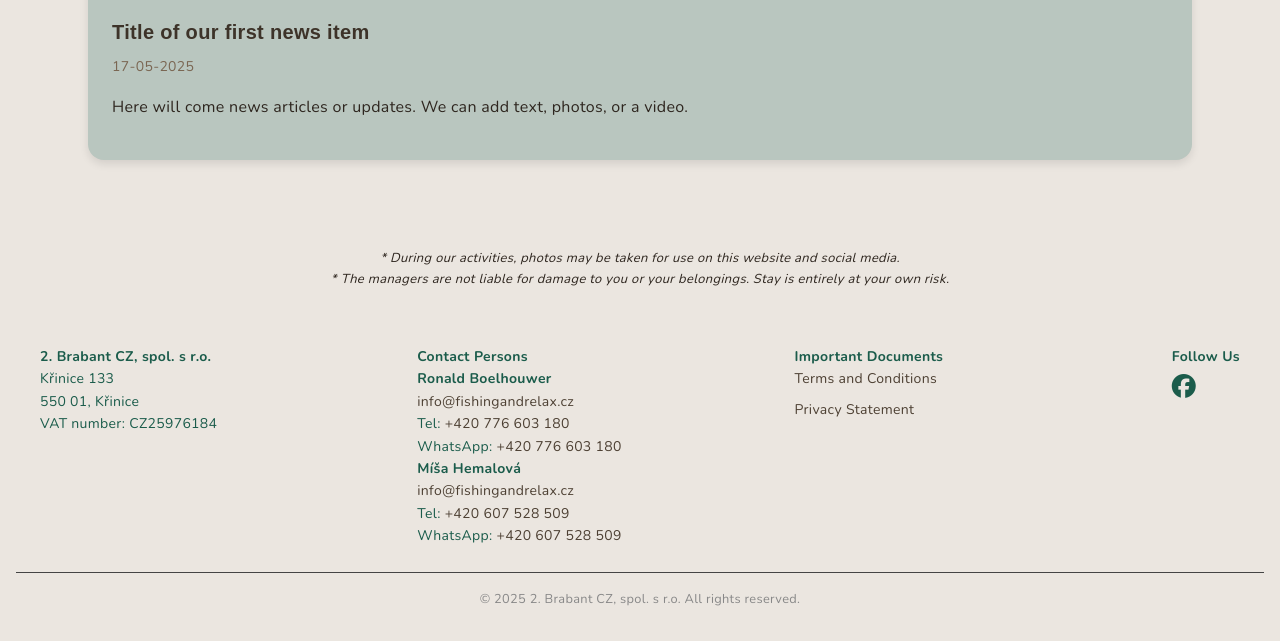
Repository: DanielleFiene/FishingAndRelax
Page: en/updates.html
An editor plug-in stored every save of this project. The page is shown before and after the next save, followed by the edit.
The browser window is 1280 px wide. The pictures show the part of the page from y = 2180 to 2847 px (the page is 2821 px tall before and 2847 px after).
Some web fonts or font styles are not loaded; a fallback is used. Some web libraries are served in a nearby version.

Above is the page before, as saved 2025-08-09 13:13:00.

### en/updates.html
<!DOCTYPE html>
<html lang="en">
<head>
    <meta charset="UTF-8">
    <meta name="viewport" content="width=device-width, initial-scale=1.0">
    <meta http-equiv="X-UA-Compatible" content="ie=edge">
    <meta name="author" content="Danielle Fiene">
    <meta name="description" content="Stay up to date with new events, changes, and stories from the pond life.">
    <meta name="keywords" content="Fishing and Relax news, pond events, updates, community stories, firepit gatherings, fishing activities, announcements, Czech holiday stories">
    <link rel="canonical" href="https://www.fishingandrelax.cz/en/updates.html">
    <link rel="alternate" hreflang="en" href="https://www.fishingandrelax.cz/en/updates.html">
    <link rel="alternate" hreflang="nl" href="https://www.fishingandrelax.cz/nl/nieuws.html">
    <link rel="alternate" hreflang="cs" href="https://www.fishingandrelax.cz/cz/novinky.html">
    <link rel="alternate" hreflang="de" href="https://www.fishingandrelax.cz/de/updates.html">
    <link rel="alternate" hreflang="pl" href="https://www.fishingandrelax.cz/pl/nowosci.html">
    <link rel="apple-touch-icon" sizes="180x180" href="../resources/Images/apple-touch-icon.png">
    <link rel="icon" type="image/png" sizes="32x32" href="../resources/Images/favicon-32x32.png">
    <link rel="icon" type="image/png" sizes="16x16" href="../resources/Images/favicon-16x16.png">
    <link href="../resources/CSS/normalize.css" rel="stylesheet" type="text/css">
    <link rel="stylesheet" href="../resources/CSS/styleNieuws.css" type="text/css">
    <script src="https://kit.fontawesome.com/56e9e1144f.js" crossorigin="anonymous"></script>
    <title>FishingAndRelax.cz | Fishing & Relaxing in the Czech Republic</title>
</head>

<body class="">
    <main>
<!-- header section -->
<header class="header" id="header">
  <nav class="nav container">
    <!-- Logo -->
    <div class="nav__left">
                <div class="nav__logo">
                    <a href="./index.html" class="logo-link"><img src="../resources/Images/logo/final rechthoek.png" alt="Logo Fishing And Relax.cz" class="logo"></a>
                </div>
    </div>

    <!-- Navigation menu -->
    <div class="nav__center">
      <!-- Hamburger Icon for mobile -->
      <div class="nav__hamburger" id="hamburger-icon">
        <i class="fas fa-bars"></i>
      </div>

      <div class="nav__menu" id="nav-menu">
        <ul class="nav__list">
          <li class="nav__item"><a href="./fishing.html" class="nav__link">Fishing</a></li>
          <li class="nav__item"><a href="./relaxing.html" class="nav__link">Relaxing</a></li>
          <li class="nav__item"><a href="./updates.html" class="nav__link">News & Updates</a></li>
          <li class="nav__item"><a href="./prices.html" class="nav__link">Prices & Conditions</a></li>
          <li class="nav__item"><a href="./contact.html" class="nav__link">Contact</a></li>
        </ul>
      </div>
    </div>

    <!-- Language flags -->
    <div class="nav__right">
      <div class="nav__flags">
        <a href="../en/index.html" class="lang-option"><img src="../resources/Images/Flag_of_the_United_Kingdom.svg.webp" alt="English"></a>
        <a href="../cz/index.html" class="lang-option"><img src="../resources/Images/Flag_of_the_Czech_Republic.svg.png" alt="Czech"></a>
        <a href="../de/index.html" class="lang-option"><img src="../resources/Images/Flag_of_Germany.svg.png" alt="German"></a>
        <a href="../pl/index.html" class="lang-option"><img src="../resources/Images/Flag_of_Poland.svg.png" alt="Polish"></a>
        <a href="../nl/index.html" class="lang-option"><img src="../resources/Images/Flag_of_the_Netherlands.svg.webp" alt="Dutch"></a>
      </div>
    </div>
  </nav>
</header>

<!-- Hero Section -->
<section class="hero" id="hero">
  <img src="../resources/Images/Overzicht1.webp" alt="Overview of the fishing ponds surrounded by nature" class="hero__image" fetchpriority="high" decoding="async"/>
  <div class="hero__content container">
  </div>
</section>

<section class="start-text section" id="start-text">
  <div class="start-text__container container">
    <h2 class="start-text__title">News, Photos & Moments from Here</h2>
    <div class="start-text__intro">
      <p class="start-text__description">
        On this page, you will find everything happening at Fishing and Relax. From campfire evenings to hiking trips in the mountains, from big carp to unexpected encounters with deer at sunrise. No polished blogs, but real stories, updates, and photos — just how it is here.
      </p>
      <p class="start-text__description">
        We share upcoming activities, beautiful catches, relaxing moments, work days, and tips for outings nearby.
      </p>
      <p class="start-text__description">
        Check back now and then; there is always something happening here. And who knows, maybe soon you’ll be in the photos yourself, with mud on your shoes and a good story to tell.
      </p>
    </div>
    <div class="start-text__image-wrapper">
      <img src="../resources/Images/kampvuur.jpg" alt="Campfire moment at Fishing and Relax" class="start-text__image" />
    </div>
  </div>
</section>

<section class="news-items section" id="news-items">
  <div class="news-items__container container">
                <div class="news-items__intro">
                    <h2 class="news-items__title">All Our Experiences</h2>
                    <p class="news-items__description">Stay updated with our latest stories and beautiful photos.</p>
                </div>
    <article class="news-item">
      <img src="../resources/Images/Ponds1.png" alt="Fishing ponds" />
      <h3 class="news-item-title">Title of our first news item</h3>
      <time class="news-item-date" datetime="2025-05-17">17-05-2025</time>
      <p class="news-item-description">
        Here will come news articles or updates. We can add text, photos, or a video.
      </p>
    </article>
  </div>
</section>

<!--=====================Photo Disclaimer===================-->
<div class="disclaimer">
  <div class="disclaimer__container">
    <p class="disclaimer__text">
      * During our activities, photos may be taken for use on this website and social media. <br>
      * The managers are not liable for damage to you or your belongings. Stay is entirely at your own risk.
  </p>
  </div>
</div>

    <!-- Footer -->
    <footer class="footer">
      <div class="footer__container container">
        <div class="footer__company">
          <h4>2. Brabant CZ, spol. s r.o.</h4>
          <p>Křinice 133</p>
          <p>550 01, Křinice</p>
          <p>VAT number: CZ25976184</p>
        </div>

        <div class="footer__contact">
          <h4>Contact Persons</h4>
          <p><strong>Ronald Boelhouwer</strong><br>
            <a href="mailto:info@fishingandrelax.cz">info@fishingandrelax.cz</a><br>
            Tel: <a href="tel:+420776603180">+420 776 603 180</a><br>
            WhatsApp: <a href="https://wa.me/420776603180" target="_blank">+420 776 603 180</a>
          </p>
          <p><strong>Míša Hemalová</strong><br>
            <a href="mailto:info@fishingandrelax.cz">info@fishingandrelax.cz</a><br>
            Tel: <a href="tel:+420607528509">+420 607 528 509</a><br>
            WhatsApp: <a href="https://wa.me/420607528509" target="_blank">+420 607 528 509</a>
          </p>
        </div>

        <div class="footer__links">
          <h4>Important Documents</h4>
          <ul>
            <li><a href="../resources/PDF/general-conditions-en.pdf" target="_blank" rel="noopener noreferrer">Terms and Conditions</a></li>
            <li><a href="../resources/PDF/Privacy policy 2.0 EN.pdf" target="_blank" rel="noopener noreferrer">Privacy Statement</a></li>
          </ul>
        </div>

        <div class="footer__social">
          <h4>Follow Us</h4>
          <a href="https://facebook.com/share/1BcMVMxNSM/?mibexid=wwXlfr" target="_blank" rel="noopener noreferrer" aria-label="Facebook">
            <i class="fa-brands fa-facebook"></i>
          </a>
        </div>
      </div>

      <div class="footer__copyright">
        <p>&copy; 2025 2. Brabant CZ, spol. s r.o. All rights reserved.</p>
      </div>
    </footer>
</div>
<script src="../resources/JS/hamburger.js"></script>

</body>
</html>

### resources/CSS/styleNieuws.css
/*=============== GOOGLE FONTS ===============*/
@import url('https://fonts.googleapis.com/css2?family=Quicksand:wght@300;400;500;600;700&display=swap');
@import url('https://fonts.googleapis.com/css2?family=Nunito:wght@200;300;400;600;700&display=swap');
@import url('https://fonts.googleapis.com/css2?family=Sansation&display=swap');

/*=============== VARIABLES CSS ===============*/
:root {
    --header-height: 3.5rem;

    --first-color: hsl(30, 20%, 25%);
    --first-color-alt: hsl(25, 40%, 20%);
    --first-color-light: hsl(35, 50%, 70%);
    --first-color-lighten: hsl(35, 50%, 90%);

    --second-color: hsl(200, 80%, 40%); /* Deep blue for water elements, giving a fresh, calming touch */

    --title-color: hsl(30, 20%, 20%); /* Rich earthy brown for titles to maintain readability and warmth */
    --text-color: hsl(30, 20%, 15%); /* Darker brownish-gray for main text, more contrast */
    --text-color-light: hsl(30, 20%, 40%); /* Darker brownish-gray for secondary text to increase legibility */

    --border-color: hsl(35, 50%, 70%); /* Soft greenish hue for borders, complementing the nature theme */
    --body-color: hsl(30, 20%, 90%);
    --container-color1: hsl(150, 10%, 75%);
    --container-color2: hsl(60, 20%, 70%);




  /*========== Font and typography ==========*/
  /*.5rem = 8px | 1rem = 16px ...*/
  --body-font: 'Nunito', sans-serif;
  --heading-font: 'Quicksand', sans-serif;
  --heading-font2: 'Sansation', sans-serif;
  --biggest-font-size: 2.25rem;
  --h1-font-size: 1.5rem;
  --h2-font-size: 1.25rem;
  --h3-font-size: 1rem;
  --normal-font-size: .938rem;
  --small-font-size: .813rem;
  --smaller-font-size: .75rem;

  /*========== Font weight ==========*/
  --font-medium: 500;
  --font-semi-bold: 600;

  /*========== z index ==========*/
  --z-tooltip: 10;
  --z-fixed: 100;
}

/* Responsive typography */
@media screen and (min-width: 1024px) {
  :root {
    --biggest-font-size: 4rem;
    --h1-font-size: 2.25rem;
    --h2-font-size: 1.5rem;
    --h3-font-size: 1.25rem;
    --normal-font-size: 1rem;
    --small-font-size: .875rem;
    --smaller-font-size: .813rem;
  }
}


/*=============== BASE ===============*/
* {
  box-sizing: border-box;
  padding: 0;
  margin: 0;
}

html {
  scroll-behavior: smooth;
  width: 100%;
  overflow-x: hidden;
}

body {
  font-family: var(--body-font);
  font-size: var(--normal-font-size);
  background-color: var(--body-color);
  color: var(--text-color);
  width: 100%;
  overflow-x: hidden;
  line-height: 1.6;
  letter-spacing: 0.02em;
}

h1,
h2,
h3 {
  color: var(--title-color);
  font-weight: var(--font-semi-bold);
  font-family: var(--heading-font2);
}

ul {
  list-style: none;
}

a {
  position: relative;
  text-decoration: none;
  transition: .3s;
  color: var(--first-color);
}

a::after {
  content: '';
  position: absolute;
  bottom: 0;
  left: 0;
  width: 0%;
  height: 2px;
  background-color: var(--text-color);
  transition: width 0.3s ease;
}

/* Voorkom hover-lijn bij logo, vlaggen en knoppen */
a.logo-link::after,
.nav__flags a::after,
.contact-knop::after,
.homepage__card-button::after {
  display: none !important;
}

a:hover {
}

a:hover::after {
  width: 100%;
}

img {
  max-width: 100%;
  height: auto;
}

input,
button {
  font-family: var(--body-font);
  outline: none;
  border: none;
}

/*=============== REUSABLE CSS CLASSES ===============*/
.container {
  max-width: 1600px;
  margin-left: 1.5rem;
  margin-right: 1.5rem;
}


.grid {
  display: grid;
}

.section {
  padding: 4.5rem 0 2rem;
}

.section__title {
  font-size: var(--h2-font-size);
  margin-bottom: 1rem;
}

.section__title span {
  color: var(--second-color);
}

.section__subtitle {
  display: block;
  font-size: var(--small-font-size);
  color: var(--second-color);
}

.main {
  overflow: hidden;
}

/*=============== HEADER & NAV ===============*/

nav.container {
  display: flex;
  justify-content: space-around;
  align-items: center;
  background-color: var(--body-color);
  padding: 30px 0;
  position: relative;
}

/* Nieuwe wrappers voor betere positionering */
.nav__left,
.nav__center,
.nav__right {
  display: flex;
  align-items: center;
}

/* Center de navigatie-items */
.nav__center {
  flex: 1;
  justify-content: center;
}

/* Logo link */
.nav__left .logo-link {
  font-weight: bold;
  font-size: 18px;
  text-decoration: none;
}

/* Styling for logo */
.nav__logo .logo {
  width: 170px;
  height: auto;
  margin-right: 10px;
  border-radius: 5px;
}

/* Menu styling */
.nav__menu {
  display: flex;
  align-items: center;
  justify-content: center;
}

.nav__list {
  display: flex;
  list-style: none;
  gap: 80px;
}

.nav__item .nav__link {
  text-decoration: none;
  font-weight: 600;
  font-size: 18px;
}

/* Vlaggen rechts */
.nav__right {
  display: flex;
  align-items: center;
  gap: 20px;
}

/* Flags container */
.nav__flags {
  display: flex;
  align-items: center;
  gap: 10px;
}

.nav__flags .lang-option img {
  width: 25px;
  height: 25px;
  border-radius: 50%;
  border: 1.2px solid #333;
  box-shadow: 0 2px 5px rgba(0, 0, 0, 0.2);
  transition: transform 0.3s ease;
}

.nav__flags .lang-option:hover img {
  transform: scale(1.15);
}



/* Hamburger Icon */
.nav__hamburger {
  display: none;
  font-size: 24px;
  cursor: pointer;
}

/* ========== RESPONSIVE MENU ========== */
@media screen and (max-width: 768px) {
  nav.container {
    flex-direction: column;
    align-items: flex-start;
  }

  .nav__center {
    width: 100%;
    order: 2;
  }

  .nav__menu {
    display: none;
    flex-direction: column;
    align-items: center;
    margin: auto 0;
    width: 100%;
    padding: 20px;
    box-shadow: 0 4px 10px rgba(0, 0, 0, 0.1);
    z-index: 1000;
  }

  .nav__menu.open {
    display: flex;
  }

  .nav__list {
    flex-direction: column;
    align-items: center;
    gap: 15px;
  }

  .nav__right {
    order: 3;
    width: 100%;
    justify-content: center;
    margin-top: 15px;
    flex-wrap: wrap;
  }

  .nav__hamburger {
    display: block;
    position: absolute;
    top: 20px;
    right: 20px;
  }
}

/*=============== HAMBURGER MENU ===============*/

/* Hide the regular menu on small screens by default */
.nav__menu {
  display: flex;
}

/* Hide the regular menu on small screens */
.nav__hamburger {
  display: none;
  cursor: pointer;
  width: 30px;
  height: 30px;
  position: absolute;
  top: 20px;
  right: 20px;
}

/* Hamburger bars style */
.nav__hamburger div {
  width: 100%;
  height: 5px;
  background-color: var(--first-color);
  margin: 5px 0;
  transition: all 0.3s ease;
}

/* Mobile menu styling when active */
.nav__menu.open {
  display: flex;
  flex-direction: column;
  position: absolute;
  top: 80px;
  background-color: white;
  padding: 5px;
  border-radius: 5px;
  box-shadow: 0 2px 10px rgba(0, 0, 0, 0.1);
  z-index: 999;
}

/* Add a slight animation for the items when the menu is open */
.nav__menu.open .nav__item {
  margin: 10px 0;
  text-align: center;
}

/* Style the links inside the mobile menu */
.nav__menu.open .nav__link {
  font-size: 18px;
  padding: 10px;
}

/* ================== Media query for small screens ================== */
@media screen and (max-width: 768px) {
  /* Hide the regular nav menu */
  .nav__menu {
    display: none;
  }

  /* Show the hamburger icon on small screens */
  .nav__hamburger {
    display: block;
  }

  /* When the menu is open, show it */
  .nav__menu.open {
    display: flex;
  }

  .nav__flags {
    margin-left: 0; /* Remove margin for flags on small screens */
    margin-top: 10px; /* Adds spacing for better layout */
  }
}


/* ================ Hero Section Styles ==================== */
/* Basis styling hero sectie */
.hero {
  position: relative;
  width: 100%;
  height: 900px;
  overflow: hidden;
  display: flex;
  align-items: center;
  justify-content: center;
}

/* Hero afbeelding styling */
.hero__image {
  position: absolute;
  top: 0;
  left: 0;
  width: 100%;
  height: 100%;
  object-fit: cover;
  z-index: 1;
}

/* Hero content styling */
.hero__content {
  position: relative;
  z-index: 2;
  color: white;
  text-align: center;
  padding: 1rem;
  max-width: 90%;
  margin: 0 auto;
}

/* Responsive aanpassingen */

/* Kleinere schermen */
@media (max-width: 768px) {
  .hero {
    height: 40vh;
  }
  .hero__content {
    max-width: 95%;
    font-size: 1rem;
  }
}

/* Nog kleinere schermen */
@media (max-width: 480px) {
  .hero {
    height: 30vh;
  }
  .hero__content {
    font-size: 0.9rem;
    padding: 0.5rem;
  }
}

/* ======================Start text homepage Styles=========================== */

.start-text {
    padding: 2rem 0;
    margin-top: 3rem;
}

.start-text__container {
    display: flex;
    align-items: center;
    text-align: left;
    justify-content: center;
    flex-direction: row;
    gap: 2rem;
    max-width: 1000px;
    flex-wrap: wrap;
    margin: 0 auto;
    padding: 0 1rem;
}

.start-text__intro {
    flex: 1 1 55%;
    max-width: 600px;
}

.start-text__title {
    font-size: 2rem;
    font-weight: 600;
    margin-bottom: 2rem;
}

.start-text__description {
    font-size: 1rem;
    color: var(--text-color);
    max-width: 800px;
    margin: 0 0 1rem 0;
}

.start-text__image-wrapper {
    flex: 1 1 40%;
    display: flex;
    justify-content: flex-start;
    align-items: center;
}

.start-text__image {
    width: 100%;
    max-width: 400px;
    height: auto;
    border-radius: 1rem;
    object-fit: cover;
    box-shadow: 0 4px 8px rgba(0, 0, 0, 0.1);
}

/* Responsive styling voor kleinere schermen */
@media screen and (max-width: 768px) {
    .start-text__container {
        flex-direction: column;
        text-align: center;
    }

    .start-text__intro,
    .start-text__image-wrapper {
        max-width: 100%;
        flex: none;
    }

    .start-text__image {
        max-width: 100%;
        margin-top: 1.5rem;
    }
}

/* =================== Nieuws Styling =================== */
.news-items {
  max-width: 1200px;
  margin: 0 auto;
  padding: 2rem 1.5rem;
  display: grid;
  grid-template-columns: repeat(auto-fit, minmax(280px, 1fr));
  gap: 2rem;
}

.news-items__intro {
    margin-bottom: 3rem;
}

.news-items__title {
    font-size: 2rem;
    font-weight: 600;
    margin-bottom: 2rem;
    text-align: center;
}

.news-items__description {
    font-size: 1rem;
    color: var(--text-color);
    text-align: center;
    margin: 0 auto;
}

.news-item {
  background-color: var(--container-color1);
  border-radius: 1rem;
  box-shadow: 0 4px 8px rgba(0,0,0,0.1);
  padding: 1.5rem;
  display: flex;
  flex-direction: column;
  transition: transform 0.3s ease, box-shadow 0.3s ease;
  margin-bottom: 2rem;
}

.news-item:hover {
  transform: translateY(-5px);
  box-shadow: 0 8px 16px rgba(0,0,0,0.15);
}

.news-item img {
  width: 100%;
  height: 380px;
  object-fit: cover;
  object-position: center bottom;
  border-radius: 0.75rem;
  margin-bottom: 1rem;
}

.news-item-title {
  font-family: var(--heading-font2);
  font-weight: var(--font-semi-bold);
  font-size: var(--h3-font-size);
  color: var(--title-color);
  margin-bottom: 0.5rem;
}

.news-item-date {
  font-size: var(--small-font-size);
  color: var(--text-color-light);
  margin-bottom: 1rem;
}

.news-item-description {
  font-size: var(--normal-font-size);
  color: var(--text-color);
  flex-grow: 1;
  margin-bottom: 1rem;
}

/* =================== Disclaimer Styling =================== */
.disclaimer {
  padding: 1.5rem 1rem;
}

.disclaimer__container {
  max-width: 1200px;
  margin: 0 auto;
  text-align: center;
}

.disclaimer__text {
  font-size: var(--smaller-font-size);
  color: var(--text-color);
  line-height: 1.6;
  font-style: italic;
}

/* Responsive */
@media screen and (max-width: 768px) {
  .disclaimer__text {
    font-size: var(--small-font-size);
    padding: 0 1rem;
  }
}


/*===================================== Footer Styling =================================*/
.footer {
  color: #1b5c4b;
  padding: 2rem 1rem;
  font-size: var(--small-font-size);
}

.footer__container {
  display: flex;
  flex-wrap: wrap;
  justify-content: space-between;
  max-width: 1200px;
  margin: 0 auto;
  gap: 2rem;
}

.footer__company,
.footer__contact,
.footer__links {
  flex: 1 1 250px;
}

.footer__links ul {
  list-style: none;
  padding: 0;
}

.footer__links li {
  margin-bottom: 0.5rem;
}

.footer__links a {
  text-decoration: none;
}

.footer__social a {
  color: #1b5c4b;
  font-size: 1.5rem;
  text-decoration: none;
  transition: color 0.3s ease;
}

.footer__social a:hover {
  color: #0a2722 !important;
}

.footer__copyright {
  text-align: center;
  margin-top: 1.5rem;
  border-top: 1px solid #444;
  padding-top: 1rem;
  font-size: 0.8rem;
  color: #888;
}



@media (max-width: 600px) {
  .footer__container {
    flex-direction: column;
    align-items: center;
    text-align: center;
    margin-top: 3rem;
  }
}

### resources/JS/hamburger.js
  document.addEventListener('DOMContentLoaded', function () {
    const hamburger = document.getElementById('hamburger-icon');
    const navMenu = document.getElementById('nav-menu');

    hamburger.addEventListener('click', function () {
      navMenu.classList.toggle('open');
    });

    // Sluit het menu als je ergens anders klikt
    document.addEventListener('click', function (e) {
      if (!hamburger.contains(e.target) && !navMenu.contains(e.target)) {
        navMenu.classList.remove('open');
      }
    });
  });

Loaded but not shown: resources/CSS/normalize.css (library)

After the next save:
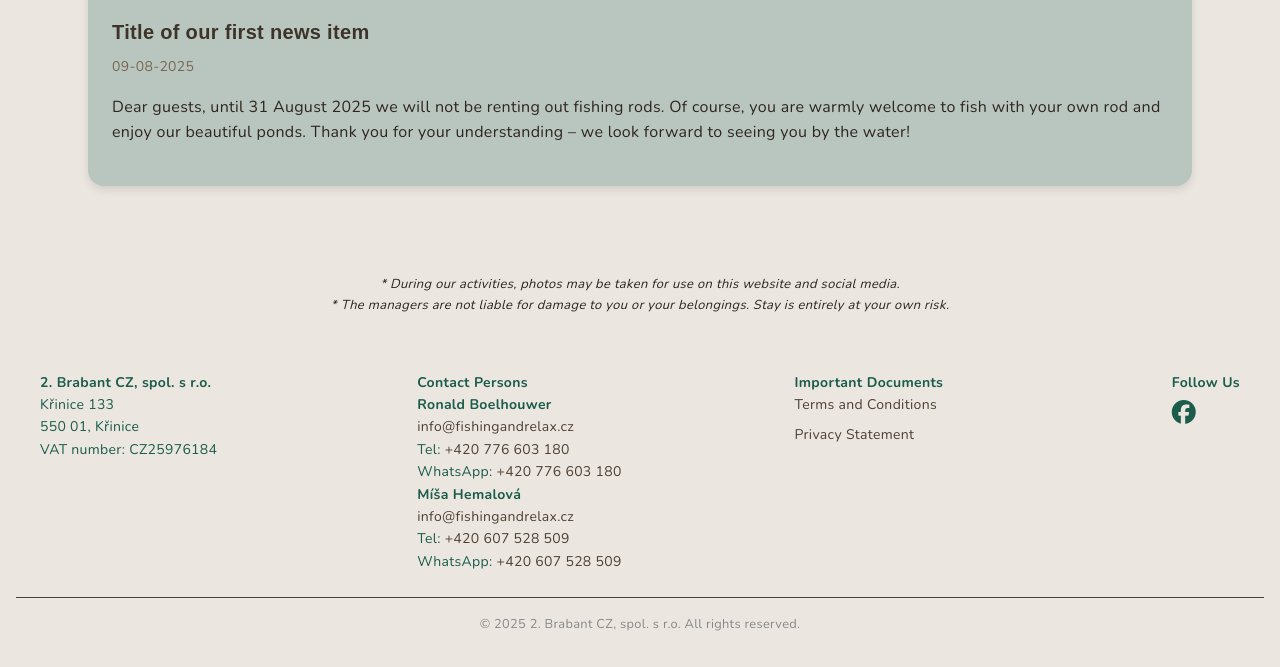
Saved 46 s later.
--- a/en/updates.html
+++ b/en/updates.html
@@ -98,12 +98,15 @@
                     <h2 class="news-items__title">All Our Experiences</h2>
                     <p class="news-items__description">Stay updated with our latest stories and beautiful photos.</p>
                 </div>
+
     <article class="news-item">
       <img src="../resources/Images/Ponds1.png" alt="Fishing ponds" />
       <h3 class="news-item-title">Title of our first news item</h3>
-      <time class="news-item-date" datetime="2025-05-17">17-05-2025</time>
+      <time class="news-item-date" datetime="2025-05-17">09-08-2025</time>
       <p class="news-item-description">
-        Here will come news articles or updates. We can add text, photos, or a video.
+        Dear guests, until 31 August 2025 we will not be renting out fishing rods.
+        Of course, you are warmly welcome to fish with your own rod and enjoy our beautiful ponds.
+        Thank you for your understanding – we look forward to seeing you by the water!
       </p>
     </article>
   </div>
